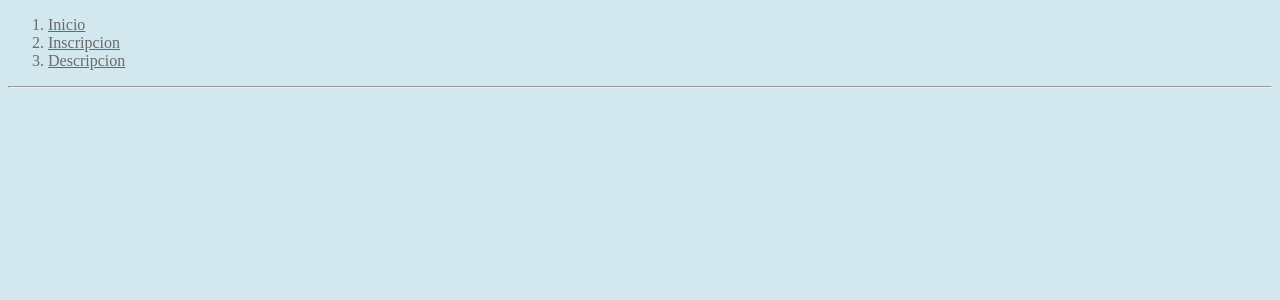
Repository: Arito05/Mi-primer-Repositorio
Page: nuevo/zdescripcion.html
These files come from the project's save history. The page is drawn as it stood at one moment and after the next save; the edit follows.
The browser window is 1280 px wide. The pictures show the whole page.

Above is the page before, as saved 2024-07-20 11:21:27.

### nuevo/zdescripcion.html
<!DOCTYPE html>
<html lang="en">
  <head>
    <meta charset="UTF-8" />
    <meta name="viewport" content="width=device-width, initial-scale=1.0" />
    <title>Document</title>
     <style>
      body {
        background-color: rgb(211, 232, 238);
      }
    </style>
  </head>
  <body>
    <ol style="color: dimgrey">
      <li><a href="inicio.html" style="color: dimgrey">Inicio</a></li>
      <li><a href="inscripcion.html" style="color: dimgrey">Inscripcion</a></li>
      <li>
        <a href="zdescripcion.html" style="color: dimgrey">Descripcion</a>
      </li>
    </ol>
    <hr style="color: gray" />
  </body>
</html>

After the next save:
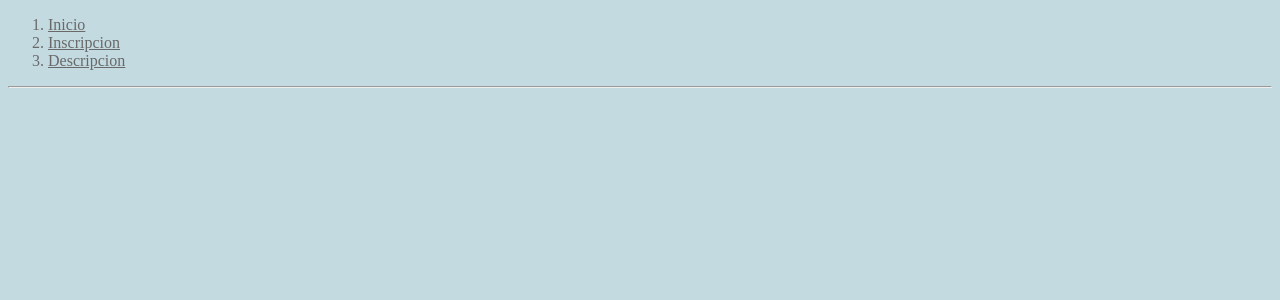
Saved 18 s later.
--- a/nuevo/zdescripcion.html
+++ b/nuevo/zdescripcion.html
@@ -6,7 +6,7 @@
     <title>Document</title>
      <style>
       body {
-        background-color: rgb(211, 232, 238);
+        background-color: rgb(195, 218, 225);
       }
     </style>
   </head>
